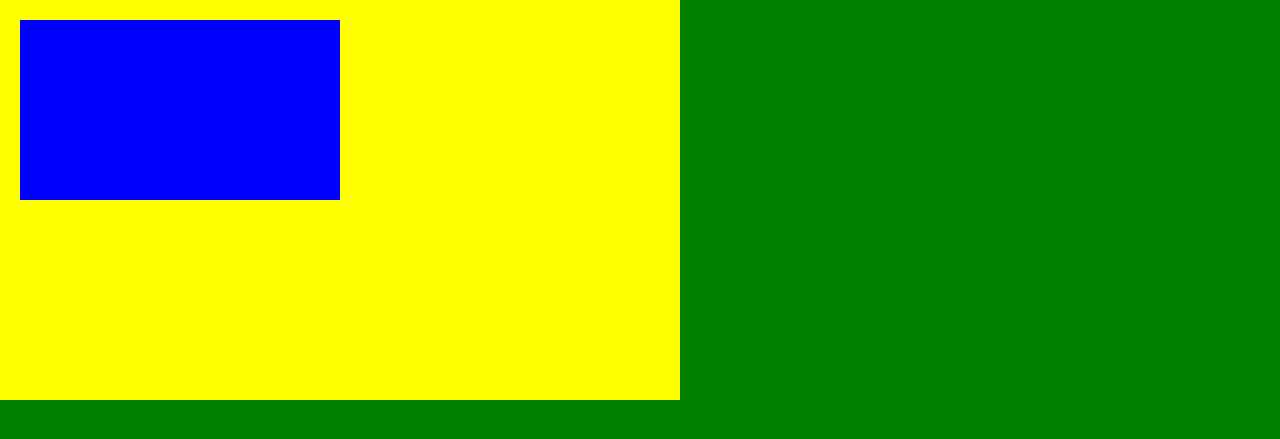
Repository: wonjunknag/kakao-clone
Page: 02-box-model/index.html
These files come from the project's save history. The page is drawn as it stood at one moment and after the next save; the edit follows.
The browser window is 1280 px wide. The pictures show the whole page.

Above is the page before, as saved 2020-06-30 23:04:05.

### 02-box-model/index.html
<!DOCTYPE html>
<html lang="en">
  <head>
    <meta charset="UTF-8" />
    <meta name="viewport" content="width=device-width, initial-scale=1.0" />
    <meta http-equiv="X-UA-Compatible" content="ie=edge" />
    <title>Box model</title>
    <style>
      body,
      html {
        padding: 0;
        margin: 0;
        background-color: green;
        height: 100%;
      }
      .box {
        background-color: yellow;
        width: 50%;
        height: 50%;
        padding: 20px 20px;
      }
      .inside-box {
        background-color: blue;
        width: 50%;
        height: 50%;
      }
    </style>
  </head>
  <body>
    <div class="box">
      <div class="inside-box"></div>
    </div>
  </body>
</html>

After the next save:
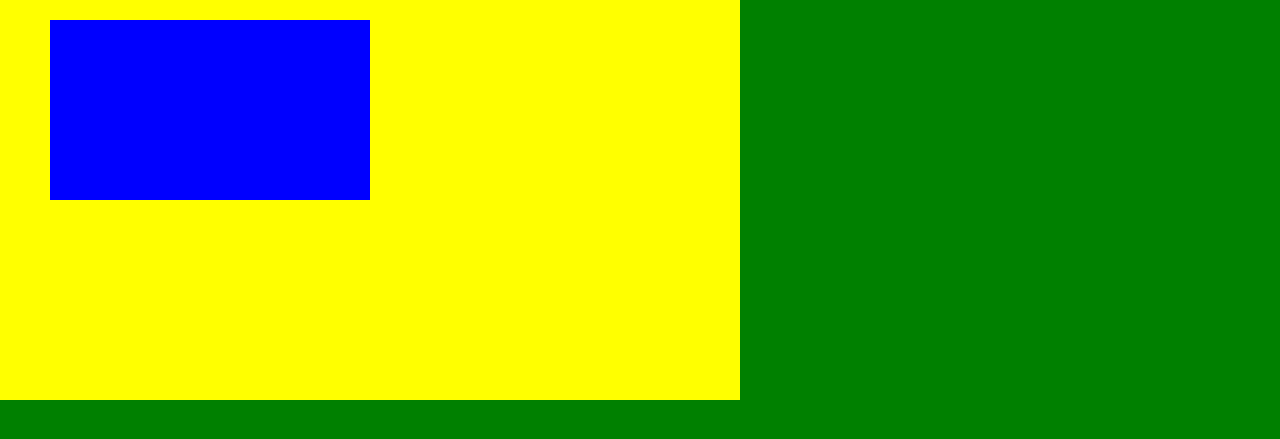
Saved 4 s later.
--- a/02-box-model/index.html
+++ b/02-box-model/index.html
@@ -17,7 +17,7 @@
         background-color: yellow;
         width: 50%;
         height: 50%;
-        padding: 20px 20px;
+        padding: 20px 50px;
       }
       .inside-box {
         background-color: blue;
